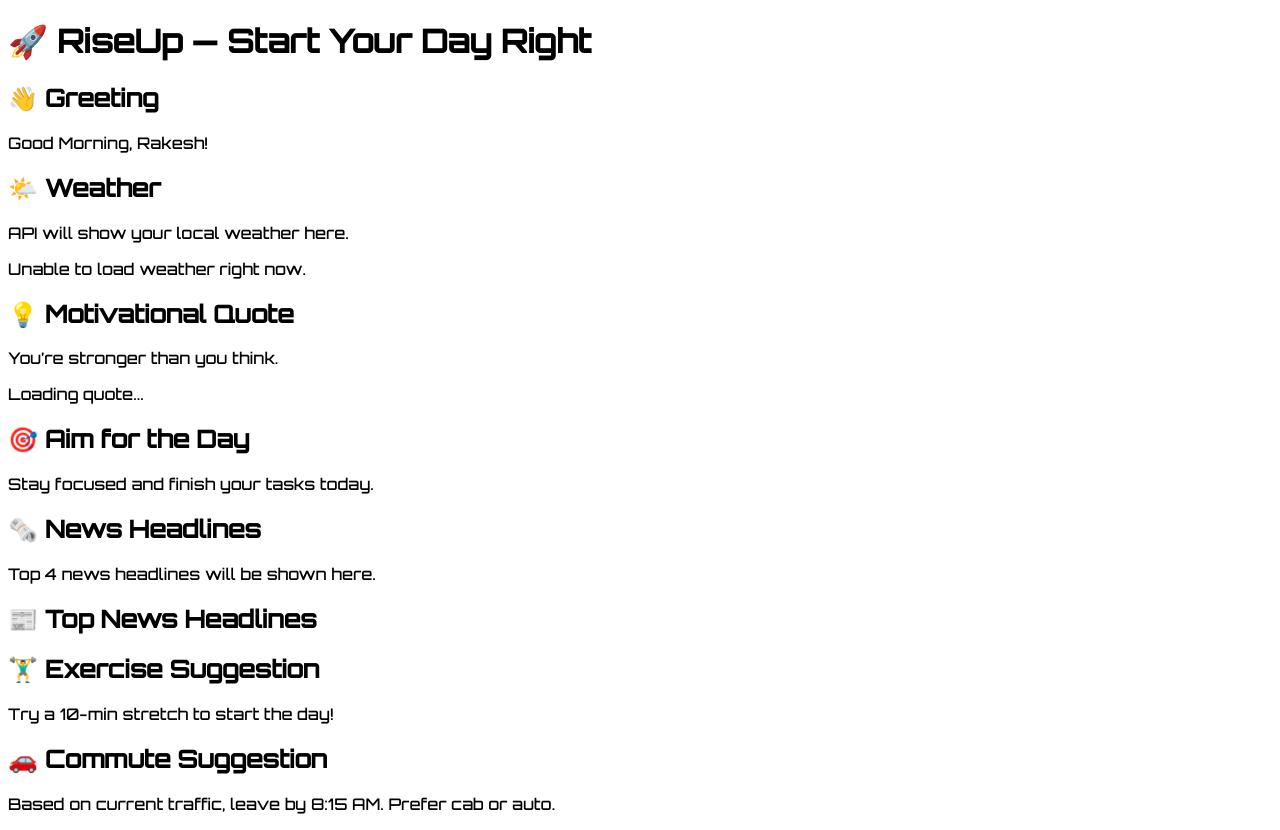
Repository: rakeshkumar1012/riseup
Page: /
These files come from the project's save history. The page is drawn as it stood at one moment and after the next save; the edit follows.
The browser window is 1280 px wide. The pictures show the whole page.
The page's requests for data from a server got no answer. The project was rebuilt for these pictures with package versions that can differ from the ones it lists, and the page was loaded fresh each time. No one was signed in, and anything a server would have sent is missing.

Above is the page before, as saved 2025-07-05 03:37:23.

### public/index.html
<!DOCTYPE html>
<html lang="en">
  <head>
    <meta charset="utf-8" />
    <link rel="icon" href="%PUBLIC_URL%/favicon.ico" />
    <meta name="viewport" content="width=device-width, initial-scale=1" />
    <meta name="theme-color" content="#000000" />
    <meta
      name="description"
      content="Web site created using create-react-app"
    />
    <link rel="apple-touch-icon" href="%PUBLIC_URL%/logo192.png" />
    <!--
      manifest.json provides metadata used when your web app is installed on a
      user's mobile device or desktop. See https://developers.google.com/web/fundamentals/web-app-manifest/
    -->
    <link rel="manifest" href="%PUBLIC_URL%/manifest.json" />
    <!--
      Notice the use of %PUBLIC_URL% in the tags above.
      It will be replaced with the URL of the `public` folder during the build.
      Only files inside the `public` folder can be referenced from the HTML.

      Unlike "/favicon.ico" or "favicon.ico", "%PUBLIC_URL%/favicon.ico" will
      work correctly both with client-side routing and a non-root public URL.
      Learn how to configure a non-root public URL by running `npm run build`.
    -->
      <link href="https://fonts.googleapis.com/css2?family=Orbitron:wght@500&display=swap" rel="stylesheet">

    <title>React App</title>
  </head>
  <body>
    <noscript>You need to enable JavaScript to run this app.</noscript>
    <div id="root"></div>
    <!--
      This HTML file is a template.
      If you open it directly in the browser, you will see an empty page.

      You can add webfonts, meta tags, or analytics to this file.
      The build step will place the bundled scripts into the <body> tag.

      To begin the development, run `npm start` or `yarn start`.
      To create a production bundle, use `npm run build` or `yarn build`.
    -->
  </body>
</html>

### src/index.css
/* src/index.css */
@tailwind base;
@tailwind components;
@tailwind utilities;

body {
  @apply bg-gradient-to-br from-[#0f0c29] via-[#302b63] to-[#24243e] text-white min-h-screen;
  font-family: 'Orbitron', sans-serif;
}


/*body {
  margin: 0;
  font-family: -apple-system, BlinkMacSystemFont, 'Segoe UI', 'Roboto', 'Oxygen',
    'Ubuntu', 'Cantarell', 'Fira Sans', 'Droid Sans', 'Helvetica Neue',
    sans-serif;
  -webkit-font-smoothing: antialiased;
  -moz-osx-font-smoothing: grayscale;
}*/

code {
  font-family: source-code-pro, Menlo, Monaco, Consolas, 'Courier New',
    monospace;
}

### src/App.js
import Weather from "./components/Weather";
import Quote from "./components/Quote";
import Task from "./components/Task";
import News from "./components/News";

function App() {
  return (
    <div className="min-h-screen flex flex-col justify-center items-center bg-gradient-to-br from-blue-950 via-gray-900 to-black text-white px-4 py-10">
      <h1 className="text-4xl font-bold mb-10 text-center text-cyan-300 animate-pulse">
        🚀 RiseUp — Start Your Day Right
      </h1>

      <div className="w-full max-w-4xl space-y-6">
        {/* Greeting */}
        <Section title="👋 Greeting" gradient="from-purple-500 to-pink-500">
          <p className="text-white/90">Good Morning, Rakesh!</p>
        </Section>



        {/* Weather */}
        <Section title="🌤️ Weather" gradient="from-blue-400 to-cyan-500">

          <p className="text-white/90">API will show your local weather here.</p>
          <Weather />
        </Section>

        {/* Quote */}
        <Section title="💡 Motivational Quote" gradient="from-yellow-400 to-orange-500">
          <p className="text-white/90">You’re stronger than you think.</p>
          <Quote />
        </Section>

        {/* Daily Task */}
        <Section title="🎯 Aim for the Day" gradient="from-green-400 to-lime-500">
          <p className="text-white/90">Stay focused and finish your tasks today.</p>
          <Task />
        </Section>

        {/* News */}
        <Section title="🗞️ News Headlines" gradient="from-red-500 to-pink-600">
          <p className="text-white/90">Top 4 news headlines will be shown here.</p>
          <News/>
        </Section>

        {/* Exercise */}
        <Section title="🏋️‍♂️ Exercise Suggestion" gradient="from-indigo-500 to-purple-700">
          <p className="text-white/90">Try a 10-min stretch to start the day!</p>
        </Section>

        {/* Commute */}
        <Section title="🚗 Commute Suggestion" gradient="from-sky-500 to-blue-600">
          <p className="text-white/90">
            Based on current traffic, leave by 8:15 AM. Prefer cab or auto.
          </p>
        </Section>
      </div>
    </div>
  );
}

// Reusable Box Component
function Section({ title, gradient, children }) {
  return (
    <div
      className={`rounded-xl shadow-lg p-6 bg-gradient-to-r ${gradient} transition duration-300 hover:scale-[1.02]`}
    >
      <h2 className="text-2xl font-semibold mb-2">{title}</h2>
      <div className="text-lg">{children}</div>
    </div>
  );
}

export default App;

### src/components/Weather.js
import { useState, useEffect } from "react";

function Weather() {
  const [weather, setWeather] = useState(null);
  const [loading, setLoading] = useState(true);

  const API_KEY = "5095941ff89867f82f0a96500b2787cc"; // 🔁 replace with your real API key
  const CITY = "Hyderabad"; // or use navigator.geolocation for dynamic city

  useEffect(() => {
    async function fetchWeather() {
      try {
        const response = await fetch(
          `https://api.openweathermap.org/data/2.5/weather?q=${CITY}&appid=${API_KEY}&units=metric`
        );
        const data = await response.json();
        setWeather(data);
        setLoading(false);
      } catch (error) {
        console.error("Weather fetch error:", error);
        setLoading(false);
      }
    }

    fetchWeather();
  }, []);

  if (loading) return <p>Loading weather data...</p>;
  if (!weather || weather.cod !== 200)
    return <p>Unable to load weather right now.</p>;

  return (
    <div className="rounded-xl p-6 bg-gradient-to-r from-blue-400 to-cyan-500 shadow-lg transition hover:scale-[1.02] text-white">
      <h2 className="text-2xl font-semibold mb-2">🌤️ Weather</h2>
      <p className="text-lg">
        {weather.name}: {weather.weather[0].description}
      </p>
      <p className="text-lg">
        Temperature: {weather.main.temp}°C | Feels Like:{" "}
        {weather.main.feels_like}°C
      </p>
    </div>
  );
}

export default Weather;

### src/components/Quote.js
import { useEffect, useState } from "react";

function Quote() {
  const [quote, setQuote] = useState(null);

  useEffect(() => {
    async function fetchQuote() {
      try {
        const response = await fetch("https://zenquotes.io/api/random");
        const data = await response.json();
        setQuote(data[0]);
      } catch (error) {
        console.error("Quote fetch error:", error);
      }
    }

    fetchQuote();
  }, []);

  if (!quote) return <p>Loading quote...</p>;

  return (
    <div className="rounded-xl p-6 bg-gradient-to-r from-indigo-400 to-purple-500 shadow-lg transition hover:scale-[1.02] text-white">
      <h2 className="text-2xl font-semibold mb-2">💡 Motivational Quote</h2>
      <p className="italic text-lg">"{quote.q}"</p>
      <p className="text-sm mt-2 text-right">- {quote.a}</p>
    </div>
  );
}

export default Quote;

### src/components/Task.js
import { useEffect, useState } from "react";

function Task() {
  const [task, setTask] = useState(null);

  useEffect(() => {
    async function fetchTask() {
      try {
        const response = await fetch("https://www.boredapi.com/api/activity");
        const data = await response.json();
        setTask(data);
      } catch (error) {
        console.error("Task fetch error:", error);
      }
    }

    fetchTask();
  }, []);

  if (!task)
    return (
      <div className="rounded-xl p-6 bg-gradient-to-r from-green-400 to-lime-500 shadow-lg animate-pulse h-24 text-white">
        <div className="w-3/4 h-5 bg-white/30 mb-3 rounded"></div>
        <div className="w-1/2 h-4 bg-white/20 rounded"></div>
      </div>
    );

  return (
    <div className="rounded-xl p-6 bg-gradient-to-r from-green-400 to-lime-500 shadow-lg transition hover:scale-[1.02] text-white">
      <h2 className="text-2xl font-semibold mb-2">🧠 AIM for Today</h2>
      <p className="text-lg italic">{task.activity}</p>
      <p className="text-sm mt-2">Type: {task.type}</p>
    </div>
  );
}

export default Task;

### src/components/News.js
import { useEffect, useState } from "react";

function News() {
  const [articles, setArticles] = useState([]);
  const [loading, setLoading] = useState(true);

  const API_KEY = "99a3cecda0cd43adf2d5487bd37cee1b"; // replace this
  const API_URL = `https://gnews.io/api/v4/top-headlines?lang=en&country=in&max=4&apikey=${API_KEY}`;

  useEffect(() => {
    async function fetchNews() {
      try {
        const response = await fetch(API_URL);
        const data = await response.json();
        setArticles(data.articles || []);
      } catch (err) {
        console.error("Failed to fetch news:", err);
      } finally {
        setLoading(false);
      }
    }

    fetchNews();
  }, []);

  if (loading) {
    return (
      <div className="bg-gradient-to-r from-amber-400 to-yellow-500 rounded-xl p-6 shadow-lg animate-pulse h-44 text-white">
        <div className="w-1/2 h-6 bg-white/30 mb-3 rounded"></div>
        <div className="w-3/4 h-4 bg-white/20 mb-1 rounded"></div>
        <div className="w-2/3 h-4 bg-white/20 rounded"></div>
      </div>
    );
  }

  return (
    <div className="rounded-xl p-6 bg-gradient-to-r from-amber-400 to-yellow-500 text-white shadow-lg transition hover:scale-[1.02]">
      <h2 className="text-2xl font-semibold mb-4">📰 Top News Headlines</h2>
      <ul className="space-y-3">
        {articles.map((article, idx) => (
          <li key={idx}>
            <a
              href={article.url}
              target="_blank"
              rel="noopener noreferrer"
              className="block text-lg hover:underline"
            >
              {idx + 1}. {article.title}
            </a>
          </li>
        ))}
      </ul>
    </div>
  );
}

export default News;

Loaded but not shown: src/index.js (common file); src/reportWebVitals.js (common file)

After the next save:
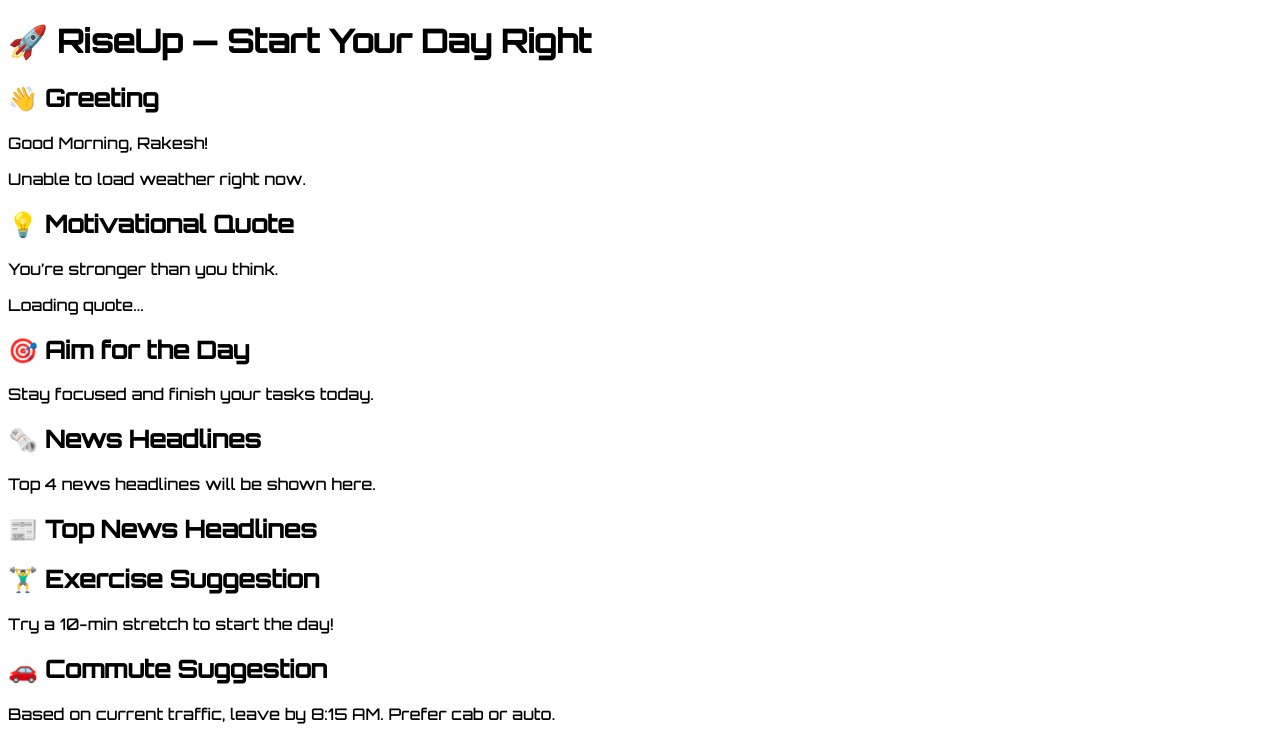
Saved 2 min 46 s later.
--- a/src/App.js
+++ b/src/App.js
@@ -16,14 +16,8 @@ function App() {
           <p className="text-white/90">Good Morning, Rakesh!</p>
         </Section>
 
+          <Weather />
 
-
-        {/* Weather */}
-        <Section title="🌤️ Weather" gradient="from-blue-400 to-cyan-500">
-
-          <p className="text-white/90">API will show your local weather here.</p>
-          <Weather />
-        </Section>
 
         {/* Quote */}
         <Section title="💡 Motivational Quote" gradient="from-yellow-400 to-orange-500">
